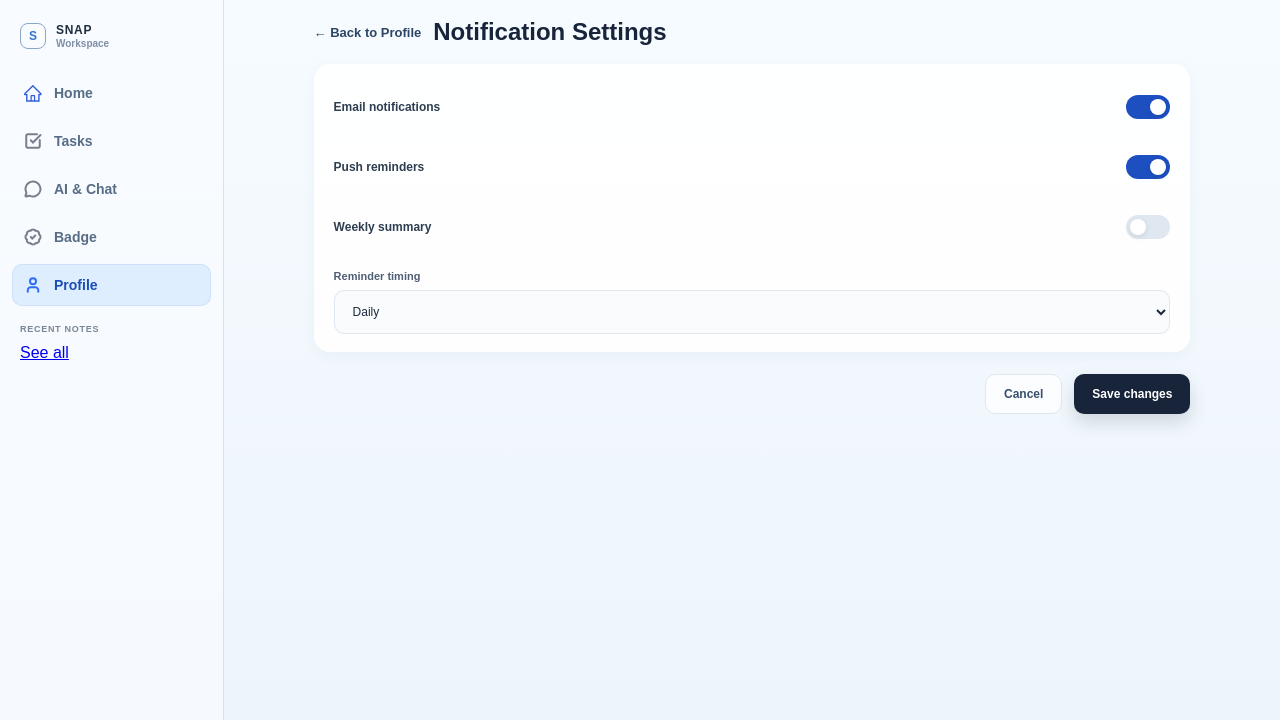
Repository: Lee-Productions-Inc/SNAP_productions
Page: pages/dashboard/profile/settings/notification_settings.html
These files come from the project's save history. The page is drawn as it stood at one moment and after a run of saves; the edit follows.
The browser window is 1280 px wide. The pictures show the whole page.

Above is the page before, as saved 2026-09-25 13:45:25.

### pages/dashboard/profile/settings/notification_settings.html
<!DOCTYPE html>
<html lang="en">
    <head>
        <meta charset="UTF-8">
        <meta name="viewport" content="width=device-width, initial-scale=1.0">
        <title>Notification Settings | SNAP</title>
        <link rel="stylesheet" href="../../../../designs/dashboard.css">
        <link rel="stylesheet" href="../../../../designs/settings/notification_settings.css">
    </head>
    <body>
        <div class="dashboard-shell profile-page">
            <aside class="sidebar" aria-label="Main navigation">
                <a class="brand" href="../../dashboard.html" aria-label="SNAP home">
                    <span class="brand-mark">S</span>
                    <span>
                        <strong>SNAP</strong>
                        <small>Workspace</small>
                    </span>
                </a>
                <nav class="primary-nav">
                    <a class="nav-item" href="../../dashboard.html">
                        <img class="nav-icon" src="../../../../assets/main icons/Vector.svg" alt="">Home
                    </a>
                    <a class="nav-item" href="../../tasks.html">
                        <img class="nav-icon" src="../../../../assets/main icons/check-square.svg" alt="">Tasks
                    </a>
                    <a class="nav-item" href="../../ai and chat/ai_and_chat.html">
                        <img class="nav-icon" src="../../../../assets/main icons/message-circle.svg" alt="">AI &amp; Chat
                    </a>
                    <a class="nav-item" href="../../badges.html">
                        <img class="nav-icon" src="../../../../assets/main icons/badge-check.svg" alt="">Badge
                    </a>
                    <a class="nav-item active" href="../profile.html">
                        <img class="nav-icon-active" src="../../../../assets/main icons/user.svg" alt="">Profile
                    </a>
                </nav>
                <div class="recent-notes">
                    <div class="recent-heading">
                        <h2>Recent Notes</h2>
                        <a href="../../dashboard.html">See all</a>
                    </div>
                    <div class="empty-recent" aria-hidden="true"></div>
                </div>
            </aside>

            <main class="dashboard-main profile-main settings-main">
                <div class="settings-header">
                    <a class="back-link" href="../profile.html" aria-label="Back to profile">← Back to Profile</a>
                    <h1>Notification Settings</h1>
                </div>

                <section class="settings-panel" aria-label="Notification settings panel">
                    <div class="settings-card">
                        <label class="switch-field" for="email-notifs">
                            <span>Email notifications</span>
                            <span class="switch">
                                <input id="email-notifs" type="checkbox" checked>
                                <span class="slider"></span>
                            </span>
                        </label>
                        <label class="switch-field" for="push-reminders">
                            <span>Push reminders</span>
                            <span class="switch">
                                <input id="push-reminders" type="checkbox" checked>
                                <span class="slider"></span>
                            </span>
                        </label>
                        <label class="switch-field" for="weekly-summary">
                            <span>Weekly summary</span>
                            <span class="switch">
                                <input id="weekly-summary" type="checkbox">
                                <span class="slider"></span>
                            </span>
                        </label>
                        <div class="setting-field select-field">
                            <label for="reminder-time">Reminder timing</label>
                            <select id="reminder-time">
                                <option selected>Daily</option>
                                <option>Weekly</option>
                                <option>Every 2 days</option>
                            </select>
                        </div>
                    </div>

                    <div class="action-row">
                        <button class="secondary-button" type="button">Cancel</button>
                        <button class="primary-button" type="button">Save changes</button>
                    </div>
                </section>
            </main>
        </div>
    </body>
</html>

### designs/dashboard.css
:root {
    --shell-bg: #edf5fb;
    --sidebar-bg: rgba(249, 252, 255, 0.8);
    --sidebar-border: rgba(138, 167, 198, 0.28);
    --panel-bg: rgba(255, 255, 255, 0.45);
    --panel-border: rgba(143, 182, 219, 0.25);
    --active-bg: #dfeeff;
    --active-text: #1a4eb5;
    --muted: #75859b;
    --text: #1f2d3d;
    --sidebar-width: 224px;
    --appbar-height: 66px;
    --radius: 16px;
    --space-sm: 10px;
    --space-md: 16px;
    --space-lg: 20px;
    font-family: Arial, sans-serif;
    color: var(--text);
    background: var(--shell-bg);
}

* {
    box-sizing: border-box;
}

html, body {
    min-width: 320px;
    min-height: 100vh;
    margin: 0;
    background: var(--shell-bg);
    color: var(--text);
    font-family: Arial, sans-serif;
}

button,
a,
input {
    font: inherit;
}

button,
a {
    -webkit-tap-highlight-color: transparent;
}

img {
    display: block;
}

.dashboard-shell {
    display: flex;
    min-height: 100vh;
    background: linear-gradient(180deg, #f6fbff 0%, #edf5fb 100%);
}

.dashboard-content {
    display: flex;
    flex: 1 1 auto;
    width: 100%;
    min-height: 100vh;
}

.sidebar {
    position: sticky;
    top: 0;
    display: flex;
    flex: 0 0 var(--sidebar-width);
    flex-direction: column;
    height: 100vh;
    padding: 14px 12px 18px;
    border-right: 1px solid var(--sidebar-border);
    background: var(--sidebar-bg);
}

.brand {
    display: flex;
    align-items: center;
    gap: 10px;
    min-height: 36px;
    margin: 4px 8px 18px;
    color: var(--text);
    text-decoration: none;
}

.brand-mark {
    display: grid;
    width: 26px;
    height: 26px;
    place-items: center;
    border: 1px solid #8ca6c8;
    border-radius: 8px;
    background: rgba(255,255,255,0.24);
    color: #3173d0;
    font-size: 12px;
    font-weight: 800;
}

.brand strong,
.brand small {
    display: block;
}

.brand strong {
    font-size: 12px;
    font-weight: 800;
    letter-spacing: 0.06em;
    text-transform: uppercase;
}

.brand small {
    margin-top: 1px;
    color: #7f8fa6;
    font-size: 10px;
    font-weight: 600;
}

.primary-nav {
    display: grid;
    gap: 6px;
}

.nav-item {
    display: flex;
    align-items: center;
    gap: 12px;
    min-height: 42px;
    padding: 0 12px;
    border-radius: 10px;
    color: #586d86;
    font-size: 14px;
    font-weight: 700;
    text-decoration: none;
    transition: background 150ms ease, color 150ms ease, transform 150ms ease;
}

.nav-item:hover {
    color: var(--active-text);
    background: rgba(223, 238, 255, 0.75);
}

.nav-item.active {
    color: var(--active-text);
    background: var(--active-bg);
    box-shadow: inset 0 0 0 1px rgba(125, 171, 223, 0.2);
}

.nav-icon {
    width: 18px;
    height: 18px;
    flex: 0 0 18px;
    opacity: 0.9;
    object-fit: contain;
}

.nav-icon-active {
    filter: brightness(0) saturate(100%) invert(32%) sepia(82%) saturate(1459%) hue-rotate(205deg) brightness(97%) contrast(99%);
}

.recent-notes {
    margin-top: 18px;
    padding: 0 8px;
}

.recent-notes h2 {
    margin: 0 0 10px;
    color: #7b8695;
    font-size: 9px;
    font-weight: 800;
    letter-spacing: 0.08em;
    text-transform: uppercase;
}

.dashboard-main {
    flex: 1 1 auto;
    min-width: 0;
    padding: 10px 18px 32px;
}

.dashboard-header {
    position: sticky;
    top: 0;
    z-index: 20;
    display: flex;
    align-items: center;
    justify-content: space-between;
    gap: 14px;
    width: 100%;
    min-height: var(--appbar-height);
    margin: 0 0 18px;
    padding: 12px 18px;
    border: 1px solid var(--panel-border);
    border-radius: 18px;
    background: rgba(255, 255, 255, 0.42);
    backdrop-filter: blur(8px);
    box-shadow: inset 0 1px 0 rgba(255,255,255,0.6);
}

.search-box {
    display: flex;
    align-items: center;
    width: min(100%, 460px);
    min-height: 42px;
    padding: 0 14px;
    border: 1px solid #dfe7f0;
    border-radius: 17px;
    background: rgba(246, 250, 254, 0.9);
    color: #9aa7b6;
}

.search-box span {
    margin-right: 10px;
    color: #7b8aa0;
    font-size: 18px;
    line-height: 1;
}

.search-box input {
    width: 100%;
    min-height: 0;
    border: 0;
    outline: 0;
    background: transparent;
    color: var(--text);
    font-size: 14px;
}

.search-box input::placeholder {
    color: #97a5b7;
}

.header-actions {
    display: flex;
    align-items: center;
    gap: 10px;
    margin-left: auto;
}

.text-action {
    display: inline-flex;
    align-items: center;
    justify-content: center;
    gap: 8px;
    min-height: 34px;
    padding: 0 14px;
    border: 1px solid #dfe7f0;
    border-radius: 14px;
    background: rgba(255,255,255,0.26);
    color: #4d5d73;
    font-size: 13px;
    font-weight: 700;
    text-decoration: none;
}

.text-action:hover {
    color: var(--active-text);
}

.new-note {
    min-height: 38px;
    border: 0;
    border-radius: 12px;
    background: #17243a;
    color: #fff;
    box-shadow: 0 8px 18px rgba(23, 36, 58, 0.15);
}

.selected-action {
    background: #dfeeff;
    border-color: rgba(141, 170, 206, 0.42);
    color: #2e4d79;
}

.folder-action {
    background: rgba(255,255,255,0.7);
}

.text-action-icon {
    width: 14px;
    height: 14px;
    object-fit: contain;
}

.profile-placeholder {
    width: 30px;
    height: 30px;
    padding: 0;
    border: 2px solid rgba(255,255,255,0.9);
    border-radius: 50%;
    background: linear-gradient(145deg, #f6d5df 0%, #d0e7ff 100%);
    box-shadow: 0 4px 12px rgba(82, 112, 143, 0.18);
    cursor: pointer;
}

.status-grid {
    display: grid;
    grid-template-columns: repeat(3, minmax(0, 1fr));
    gap: 18px;
    margin-top: 12px;
}

.status-card {
    position: relative;
    display: block;
    min-height: 128px;
    padding: 18px 18px 16px 18px;
    border: 0;
    border-radius: 18px;
    box-shadow: 0 8px 18px rgba(72, 104, 138, 0.06);
}

.today-card {
    background: #a5d4fa;
}

.progress-card {
    background: #f5e8b8;
}

.completed-card {
    background: #bfefcf;
}

.status-icon {
    position: absolute;
    left: 18px;
    top: 18px;
    display: grid;
    width: 42px;
    height: 42px;
    place-items: center;
    border-radius: 11px;
    background: rgba(255,255,255,0.42);
    flex-shrink: 0;
}

.status-icon-image {
    width: 22px;
    height: 22px;
    object-fit: contain;
}

.today-icon {
    filter: brightness(0) saturate(100%) invert(36%) sepia(96%) saturate(1800%) hue-rotate(205deg) brightness(97%) contrast(97%);
}

.status-info {
    position: relative;
    display: flex;
    flex-direction: column;
    align-items: flex-start;
    justify-content: flex-start;
    min-width: 0;
    height: 100%;
    padding-left: 0;
    padding-top: 70px;
}

.status-label {
    position: absolute;
    top: 14px;
    right: 14px;
    color: #647183;
    font-size: 13px;
    font-weight: 700;
    letter-spacing: 0.01em;
}

.status-count {
    display: block;
    margin: 0;
    color: #1f2d3f;
    font-size: 30px;
    font-weight: 800;
    line-height: 1;
}

.status-info small {
    display: block;
    margin-top: 8px;
    color: #6e7f95;
    font-size: 13px;
    font-weight: 600;
}

.notes-section {
    margin-top: 24px;
}

.section-heading {
    display: flex;
    align-items: center;
    justify-content: space-between;
    gap: 12px;
    margin-top: 8px;
}

.section-heading h2 {
    margin: 0;
    color: #1e2a3a;
    font-size: 18px;
    font-weight: 800;
}

.edit-button {
    min-height: 34px;
    padding: 0 14px;
    border: 1px solid #dfe7f0;
    border-radius: 14px;
    background: rgba(255,255,255,0.3);
    color: #5d7089;
    font-size: 13px;
    font-weight: 700;
    cursor: pointer;
}

.notes-grid {
    display: grid;
    grid-template-columns: repeat(3, minmax(0, 1fr));
    gap: 18px;
    margin-top: 16px;
}

.note-placeholder {
    width: 100%;
    aspect-ratio: 1.90;
    min-height: 150px;
    border: 1px solid #e5ebf1;
    border-radius: 16px;
    background: rgba(255, 255, 255, 0.7);
    box-shadow: 0 8px 14px rgba(88, 118, 151, 0.06);
    cursor: pointer;
}

.note-placeholder:hover,
.note-placeholder:focus-visible {
    border-color: #73aeeb;
    background: #fff;
    outline: none;
}

@media (max-width: 900px) {
    .sidebar {
        flex-basis: 190px;
    }

    .nav-item {
        font-size: 13px;
    }

    .notes-grid {
        grid-template-columns: repeat(2, minmax(0, 1fr));
    }
}

@media (max-width: 680px) {
    .dashboard-shell {
        display: block;
    }

    .dashboard-content {
        display: block;
    }

    .sidebar {
        position: relative;
        z-index: 1;
        width: 100%;
        height: auto;
        min-height: auto;
        padding: 12px 10px 8px;
        border-right: none;
        border-bottom: 1px solid var(--sidebar-border);
    }

    .brand {
        margin: 0 4px 12px;
    }

    .primary-nav {
        display: flex;
        gap: 6px;
        overflow-x: auto;
        padding-bottom: 4px;
    }

    .nav-item {
        flex: 0 0 auto;
        gap: 8px;
        min-height: 34px;
        padding: 0 11px;
        font-size: 13px;
    }

    .nav-icon {
        width: 16px;
        height: 16px;
    }

    .recent-notes {
        display: none;
    }

    .dashboard-main {
        padding: 12px 12px 42px;
    }

    .dashboard-header {
        align-items: center;
        flex-wrap: wrap;
        min-height: auto;
        padding: 10px 12px;
    }

    .search-box {
        width: 100%;
        min-height: 38px;
    }

    .header-actions {
        width: 100%;
        justify-content: flex-start;
        flex-wrap: wrap;
        gap: 8px;
    }

    .status-grid {
        grid-template-columns: 1fr;
        gap: 10px;
    }

    .status-card {
        min-height: 92px;
    }

    .notes-grid {
        gap: 10px;
    }

    .note-placeholder {
        min-height: 130px;
    }
}

### designs/settings/notification_settings.css
.settings-main {
    padding: 18px clamp(28px, 7vw, 90px) 32px;
}

.settings-header {
    display: flex;
    flex-wrap: wrap;
    align-items: center;
    gap: 12px;
    margin-bottom: 18px;
}

.back-link {
    color: #2d4564;
    font-size: 13px;
    font-weight: 700;
    text-decoration: none;
}

.back-link:hover,
.back-link:focus-visible {
    color: #1d4fc1;
}

.settings-header h1 {
    margin: 0;
    color: #18243a;
    font-size: clamp(24px, 1.8vw, 32px);
}

.settings-panel {
    display: grid;
    gap: 18px;
}

.settings-card {
    display: grid;
    gap: 10px;
    padding: 18px 20px;
    border-radius: 16px;
    background: rgba(255, 255, 255, 0.92);
    box-shadow: 0 5px 14px rgba(67, 119, 158, 0.05);
}

.switch-field {
    display: flex;
    align-items: center;
    justify-content: space-between;
    gap: 18px;
    min-height: 50px;
    padding: 8px 0;
    color: #2d3d50;
    font-size: 12px;
    font-weight: 600;
}

.switch {
    position: relative;
    display: inline-block;
    width: 44px;
    height: 24px;
}

.switch input {
    position: absolute;
    inset: 0;
    opacity: 0;
    cursor: pointer;
}

.slider {
    position: absolute;
    inset: 0;
    background: #dfe7f0;
    border-radius: 999px;
    transition: 0.2s ease;
}

.slider::before {
    position: absolute;
    left: 4px;
    top: 4px;
    width: 16px;
    height: 16px;
    border-radius: 50%;
    background: #fff;
    box-shadow: 0 2px 6px rgba(32, 42, 56, 0.1);
    content: "";
    transition: 0.2s ease;
}

.switch input:checked + .slider {
    background: #1d4fc1;
}

.switch input:checked + .slider::before {
    transform: translateX(20px);
}

.setting-field {
    display: grid;
    gap: 8px;
    padding-top: 8px;
}

.setting-field label {
    color: #4f5f74;
    font-size: 11px;
    font-weight: 700;
}

.setting-field select {
    width: 100%;
    min-height: 44px;
    padding: 0 14px;
    border: 1px solid #dfe7f0;
    border-radius: 10px;
    background: #f9fbfd;
    color: #1d2a3a;
    font-size: 12px;
    outline: none;
}

.action-row {
    display: flex;
    justify-content: flex-end;
    gap: 12px;
    margin-top: 4px;
}

.primary-button,
.secondary-button {
    min-height: 40px;
    padding: 0 18px;
    border-radius: 10px;
    border: 0;
    font-size: 12px;
    font-weight: 700;
    cursor: pointer;
}

.primary-button {
    background: #17243a;
    color: #fff;
    box-shadow: 0 8px 18px rgba(23, 36, 58, 0.16);
}

.secondary-button {
    background: rgba(255, 255, 255, 0.7);
    border: 1px solid #dfe7f0;
    color: #36506d;
}

@media (max-width: 900px) {
    .settings-main {
        padding: 20px 18px 32px;
    }

    .action-row {
        flex-direction: column;
    }

    .primary-button,
    .secondary-button {
        width: 100%;
    }
}

After the next 3 saves:
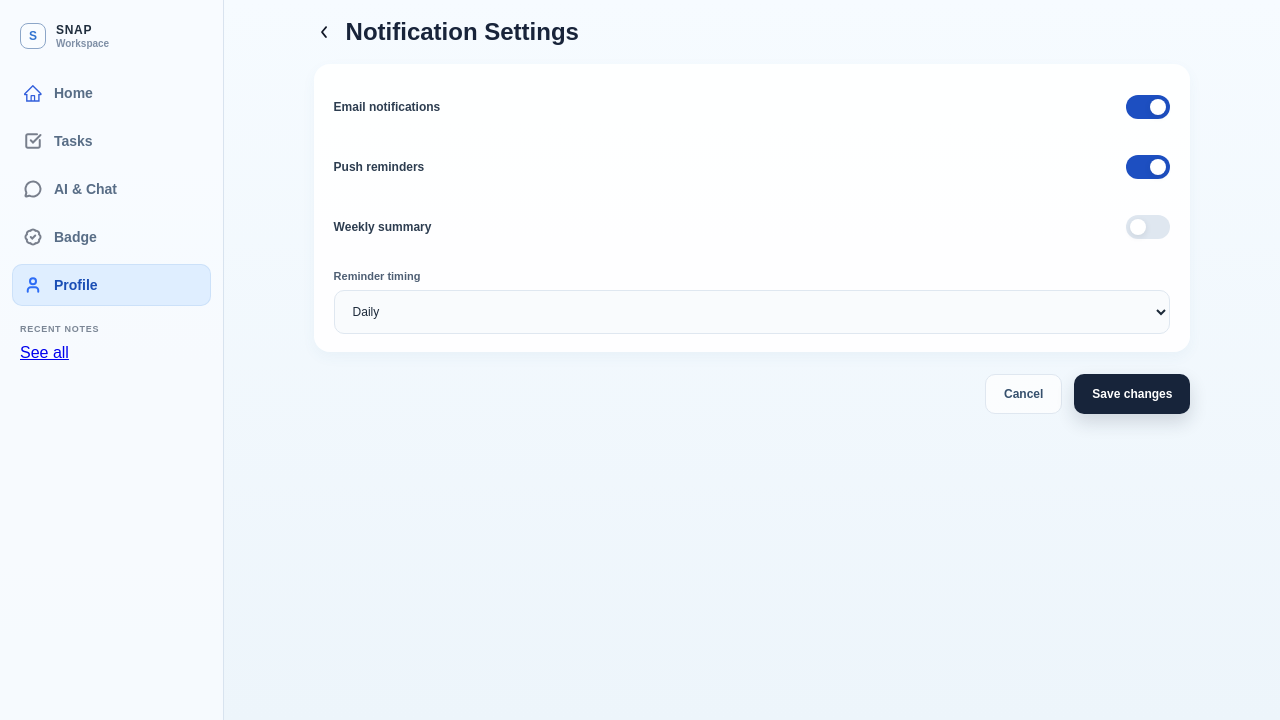
The 3 saves are shown as one change because they came seconds apart.
The last was saved 2 min 9 s later.
--- a/pages/dashboard/profile/settings/notification_settings.html
+++ b/pages/dashboard/profile/settings/notification_settings.html
@@ -45,7 +45,9 @@
 
             <main class="dashboard-main profile-main settings-main">
                 <div class="settings-header">
-                    <a class="back-link" href="../profile.html" aria-label="Back to profile">← Back to Profile</a>
+                    <a class="back-link" href="../profile.html" aria-label="Back to profile">
+                        <img class="back-icon" src="../../../../assets/eva_arrow-ios-back-outline.svg" alt="Back icon">
+                    </a>
                     <h1>Notification Settings</h1>
                 </div>
 
